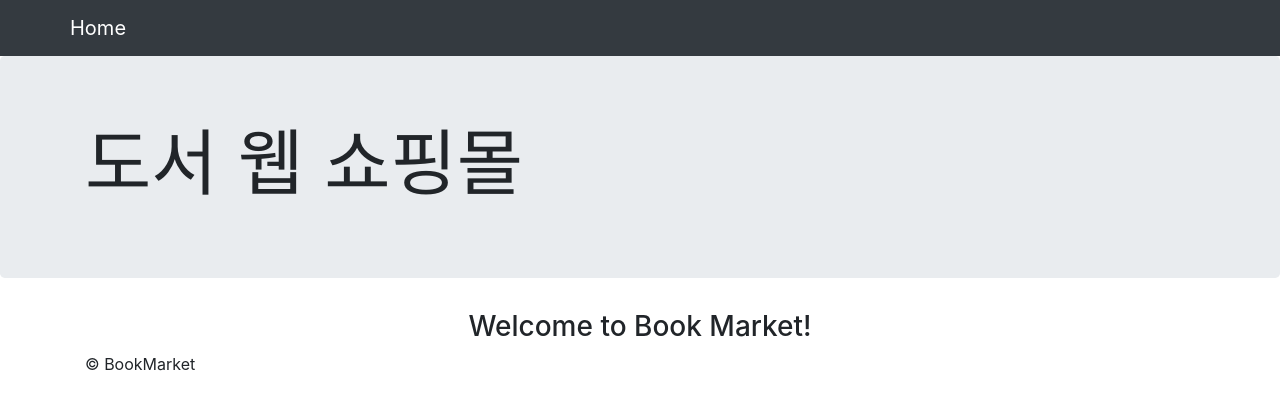
Repository: CheolHo-0428/JSP-Web-Programming
Page: http://localhost/BookMarket/welcome.jsp
The author's editor kept a copy of each file at every save. The page is drawn from the files as they stood at one save, then again after the next save.
The browser window is 1280 px wide. The pictures show the whole page.
The page is served by Tomcat 9.

Above is the page before, as saved 2021-05-08 07:30:33.

After the next save:
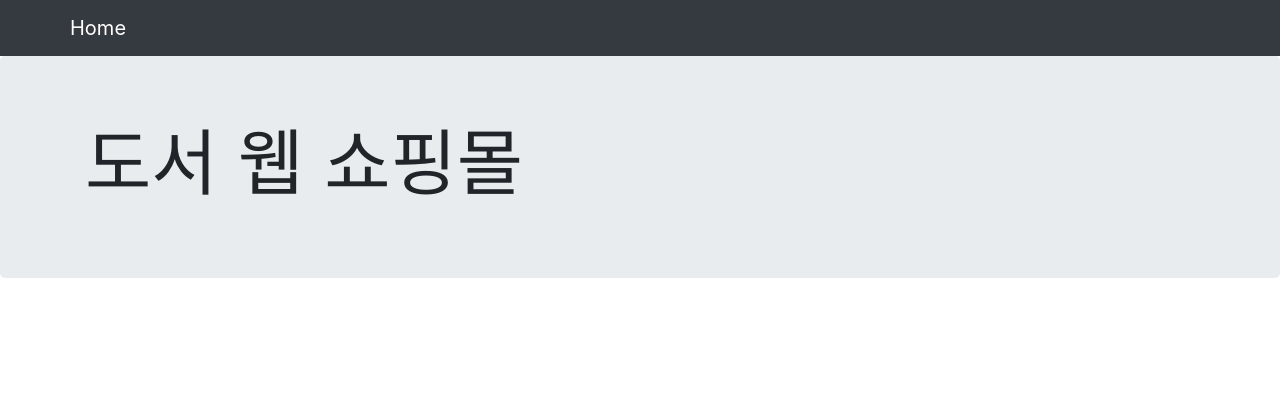
Saved 43 s later.
--- a/BookMarket/src/main/webapp/welcome.jsp
+++ b/BookMarket/src/main/webapp/welcome.jsp
@@ -23,13 +23,6 @@
 			</h1>
 		</div>
 	</div>
-	<div class = "container">
-		<div class = "text-center">
-			<h3><%= tagline %></h3>
-		</div>
-	</div>
-	<footer class = "container">
-		<p>&copy; BookMarket</p>
-	</footer>
+
 </body>
 </html>
